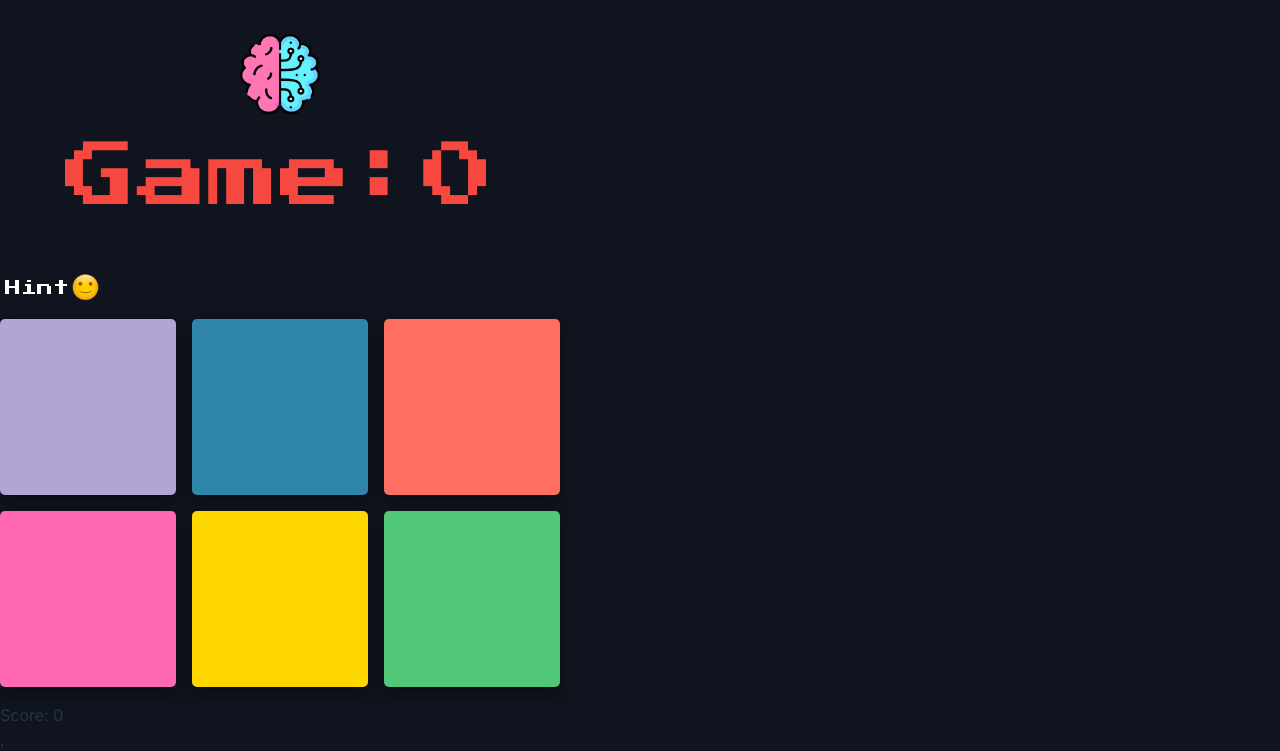
Repository: Shenixo/Color_match_game
Page: /game_play
The author's editor kept a copy of each file at every save. The page is drawn from the files as they stood at one save, then again after a run of saves.
The browser window is 1280 px wide. The pictures show the whole page.
The project was rebuilt for these pictures with package versions that can differ from the ones it lists, and the page was loaded fresh each time. Also part of the build but not shown: vite.config.js, src/Components/Tab/Tab.css, src/Components/Tab/Tab.jsx, src/Pages/Home/Home.jsx, src/Pages/Rules/Rules.css, src/Pages/Rules/Rules.jsx, src/Pages/Sound/Sound.jsx. Imported but missing from the stored project, and not drawn on this page: src/assets/button_clicks.wav, src/assets/game_theme_sound.mp4.

Above is the page before, as saved 2025-02-04 02:59:46.

After the next 3 saves:
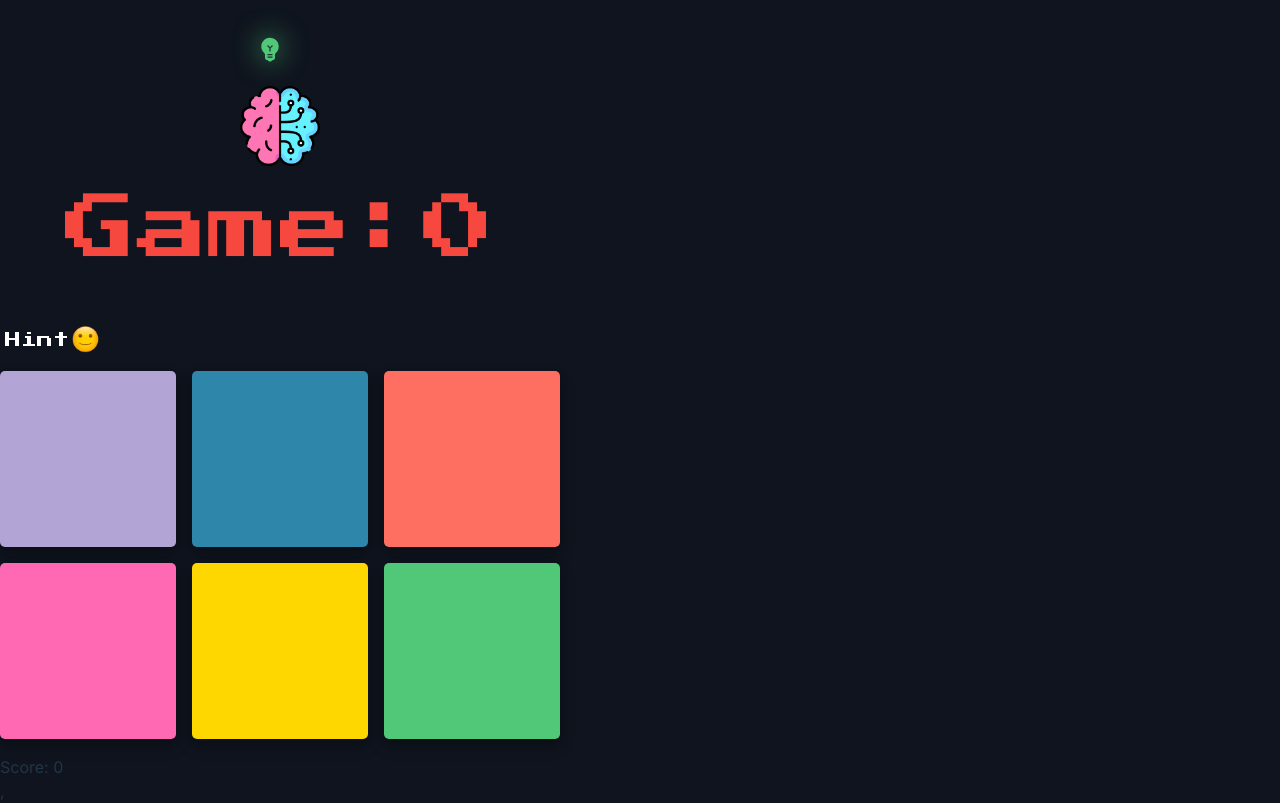
The 3 saves are shown as one change because they came seconds apart.
The last was saved 19 s later.
--- a/src/Pages/GamePlay/GamePlay.jsx
+++ b/src/Pages/GamePlay/GamePlay.jsx
@@ -14,6 +14,7 @@ const GamePlay = () => {
   return (
     <div>
       <div className="container">
+        <ChosenColor/>
         <Title content={`Game:${score}`} />
         <div className="game-tab">
         <ScoreNdColorBox/>
